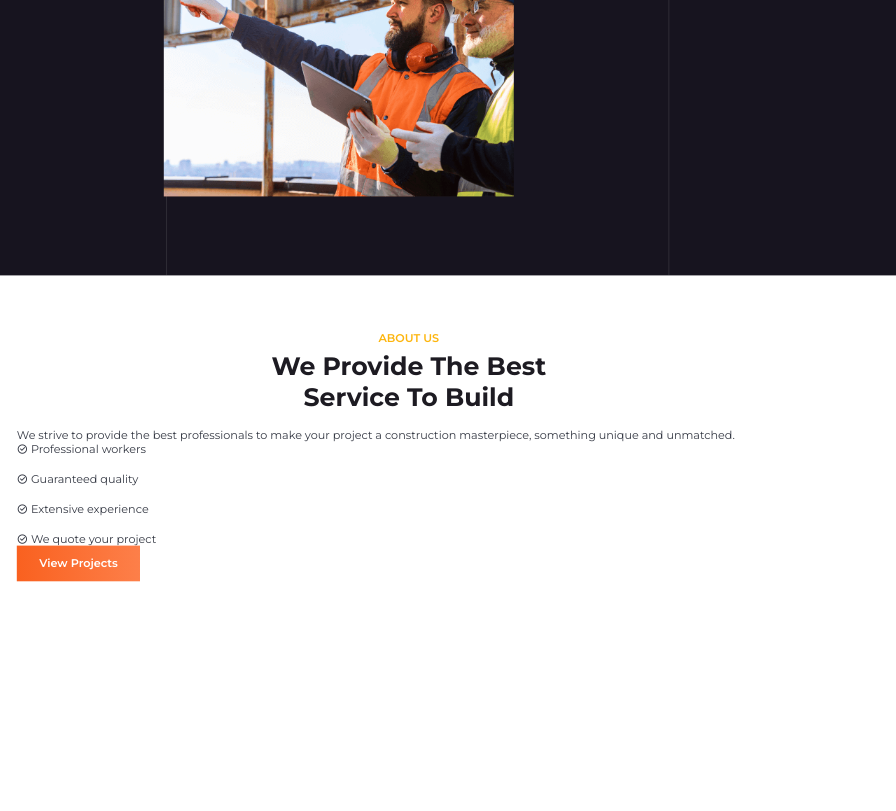
Repository: douglasabnovato/construction
Page: index.html
These files come from the project's save history. The page is drawn as it stood at one moment and after the next save; the edit follows.
The browser window is 1280 px wide. The pictures show the part of the page from y = 1429 to 3349 px (the page is 2587 px tall before and 3349 px after), at 70% of full size.

Above is the page before, as saved 2025-05-01 11:59:47.

After the next save:
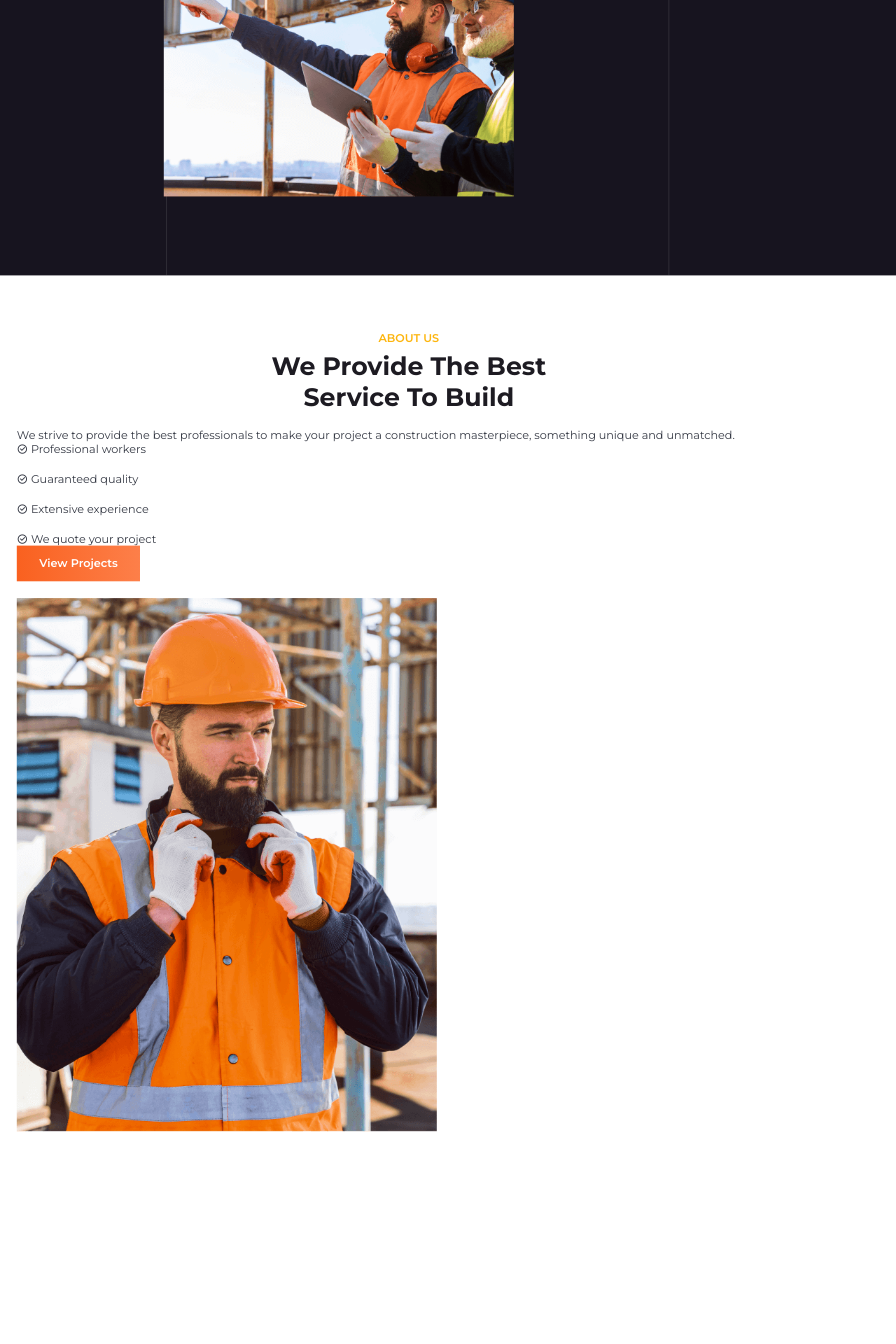
Saved 3 min 21 s later.
--- a/index.html
+++ b/index.html
@@ -148,7 +148,9 @@
             </ul>
             <a href="#" class="button">View Projects</a>
           </div>
-          <div class="about__images"></div>
+          <div class="about__images">
+            <img src="./assets/img/about-img-1.png" alt="image" class="about__img-1">
+          </div>
         </div>
       </section>
 
